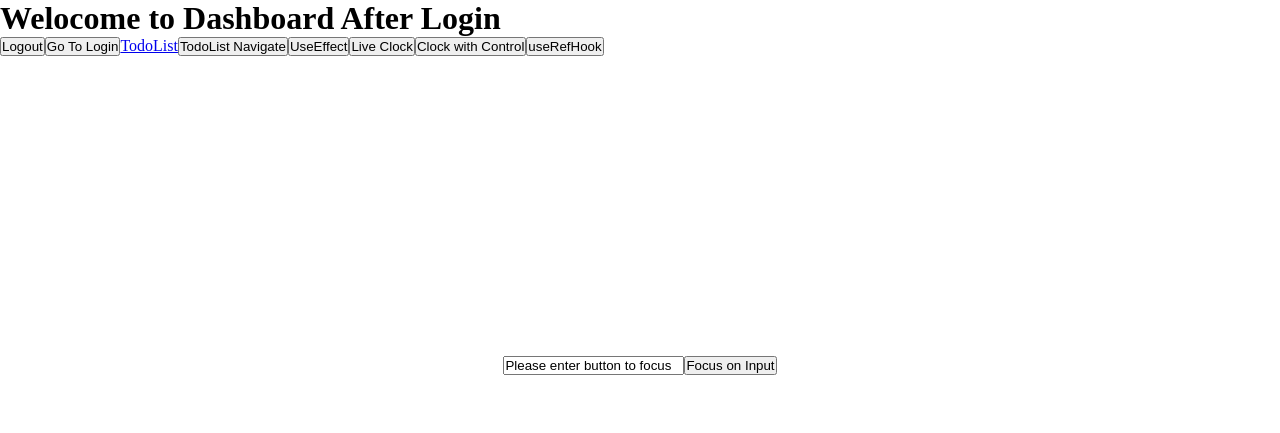
Repository: harshrathore123/ReactPractice
Page: /dashboard/useRefHook (app in my-app/)
These files come from the project's save history. The page is drawn as it stood at one moment and after the next save; the edit follows.
The browser window is 1280 px wide. The pictures show the whole page.
The project was rebuilt for these pictures with package versions that can differ from the ones it lists, and the page was loaded fresh each time. Also part of the build but not shown: my-app/vite.config.js, my-app/src/component/Desctructuing.jsx, my-app/src/component/FirstName.jsx, my-app/src/component/Increment.jsx, my-app/src/component/Event.jsx, my-app/src/component/Form.jsx, my-app/src/component/Rendering.jsx, my-app/src/component/RenderingList.jsx and 7 more.

Above is the page before, as saved 2025-10-13 12:50:14.

### my-app/src/App.jsx
import './App.css';
import Destructuring from './component/Desctructuing';
import FirstName from './component/FirstName';
import Increment from './component/Increment';
import Event from './component/Event';
import Form from './component/Form';
import Rendering from './component/Rendering';
import RenderingList from './component/RenderingList';
import TodoList from './component/TodoList';
import {BrowserRouter, Routes, Route} from 'react-router-dom';
import Products from './component/Products';
import ProductDetails from './component/ProductDetails';
import Login from './component/Login';
import Dashboard from './component/Dashboard';
import UseEffect from './component/use_Effect';
import UseState_UseEffect from './component/Hooks/UseState_UseEffect';
import ClockWithControl from './component/Hooks/ClockWithControl';
import UseRefHook from './component/Hooks/useRefHook';

function App() {
  return (
    <>
    {/* <FirstName name="Harsh Rathore" age="23"/>
    <Destructuring batch="mern" internship_exp="4month"/>
    <Increment/>
    <Event intro="Hi I am harsh rathore"/>
    <Form/>
    <Rendering isLoggedIn={false}/>
    <RenderingList/>

    <TodoList/> */}
  <BrowserRouter>
      <Routes>
        {/* Parent route for products */}
        <Route path="/products" element={<Products />}>
          {/* Nested route inside /products */}
          <Route path=":id" element={<ProductDetails />} />
        </Route>

        <Route path='/login' element={<Login/>}/>
        <Route path='/dashboard' element={<Dashboard/>}>
        {/* Nested another component inside dashboard */}
          <Route path='todolist' element={<TodoList/>}/>
          <Route path='useeffect' element={<UseEffect/>}/>
          <Route path='live_clock' element={<UseState_UseEffect/>}/>
          <Route path='clockwithcontrol' element={<ClockWithControl/>}/>
          <Route path='useRefHook' element={<UseRefHook/>}/>
        </Route>

      </Routes>
    </BrowserRouter>


    </>
  )
}

export default App

### my-app/src/component/Dashboard.jsx
import { Link,Outlet, useNavigate } from "react-router-dom"
export default function Dashboard(){
    const navigate = useNavigate();
    const gotoLogin = () =>{
        navigate('/login');
    }

    const todolistNavigate = () =>{
        navigate('/dashboard/todolist');
    }

    return(
        <>
        <h1>Welocome to Dashboard After Login</h1>

        <button onClick={()=>navigate('/login')}>Logout</button>
        <button onClick={gotoLogin}>Go To Login</button>

        <Link to="todolist">TodoList</Link>
        <button onClick={todolistNavigate}>TodoList Navigate</button>
        <button onClick={()=>navigate('/dashboard/useeffect')}>UseEffect</button>
        <button onClick={()=>navigate('/dashboard/live_clock')}>Live Clock</button>
        <button onClick={()=>navigate('/dashboard/clockwithcontrol')}>Clock with Control</button>
        <button onClick={()=>navigate('/dashboard/useRefHook')}>useRefHook</button>
        <Outlet/>
        </>
    )
}

### my-app/src/component/Hooks/useRefHook.jsx
export default function UseRefHook(){

    const focusInput = () =>{

    }
    return(
        <>
        <div className="coainer" style={{display:"flex",justifyContent:"center",alignContent:"center",marginTop:"300px"}}>
        <input type="text" placeholder="Please enter button to focus" />
        <button onClick={focusInput}>Focus on Input</button>
        </div>

        </>
    )
}

### my-app/src/component/TodoList.css
*{
    margin: 0;
    padding: 0;
    box-sizing: border-box;
}

.container{
    width: 100%;
    height: 100vh;
    background-image: url('https://encrypted-tbn0.gstatic.com/images?q=tbn:ANd9GcR6epnd0KtuwAaygjj-Ls7D5RjgwV_ijX_qUQ&s');
    background-repeat: no-repeat;
    background-size: cover;
    position:relative;
}

.todobox{
    width: 400px;
    height: auto;
    position: absolute;
    top: 100px;
    left:200px;
    background: transparent;
    border-radius: 20px;
    box-shadow: 0 0 20px black;
}

#headline{
    text-align: center;
    padding: 20px;
    color: blue;
}

#task{
    width: 350px;
    height: 38px;
    border-radius: 20px;
    border: 2px solid blue;
    position: absolute;
    left: 30px;
    top: 90px;
    padding: 20px;
    outline:none;
}

input::placeholder{
    color: black;
}

input:hover{
    outline: none;
}

.addtask{
    position: absolute;
    top:91px;
    right: 20px;
    width: 80px;
    height: 41px;
    border-radius: 20px;
    border: none;
    padding: 10px;
    background: transparent;
    outline: none;
    cursor: pointer;
    background-color: blue;
    color: white;
}

.ul_list {
  margin-top: 90px;
  list-style: none;
  padding: 30px;
}

.ul_list li {
  padding: 10px;
  background: #f4f4f4;
  margin-bottom: 8px;
  border-radius: 5px;
  display: flex;
  justify-content: space-between;
  align-items: center;
}

Loaded but not shown: my-app/index.html (common file); my-app/src/main.jsx (common file); my-app/src/App.css (common file)

After the next save:
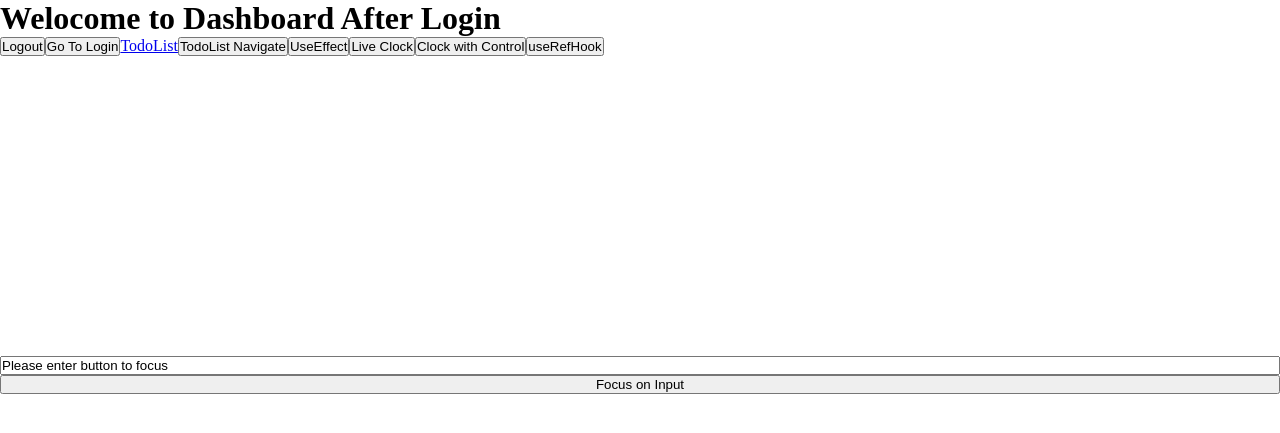
Saved 11 s later.
--- a/my-app/src/component/Hooks/useRefHook.jsx
+++ b/my-app/src/component/Hooks/useRefHook.jsx
@@ -5,7 +5,7 @@ export default function UseRefHook(){
     }
     return(
         <>
-        <div className="coainer" style={{display:"flex",justifyContent:"center",alignContent:"center",marginTop:"300px"}}>
+        <div className="coainer" style={{display:"flex",justifyContent:"center",alignContent:"center",marginTop:"300px",flexDirection:"column"}}>
         <input type="text" placeholder="Please enter button to focus" />
         <button onClick={focusInput}>Focus on Input</button>
         </div>
